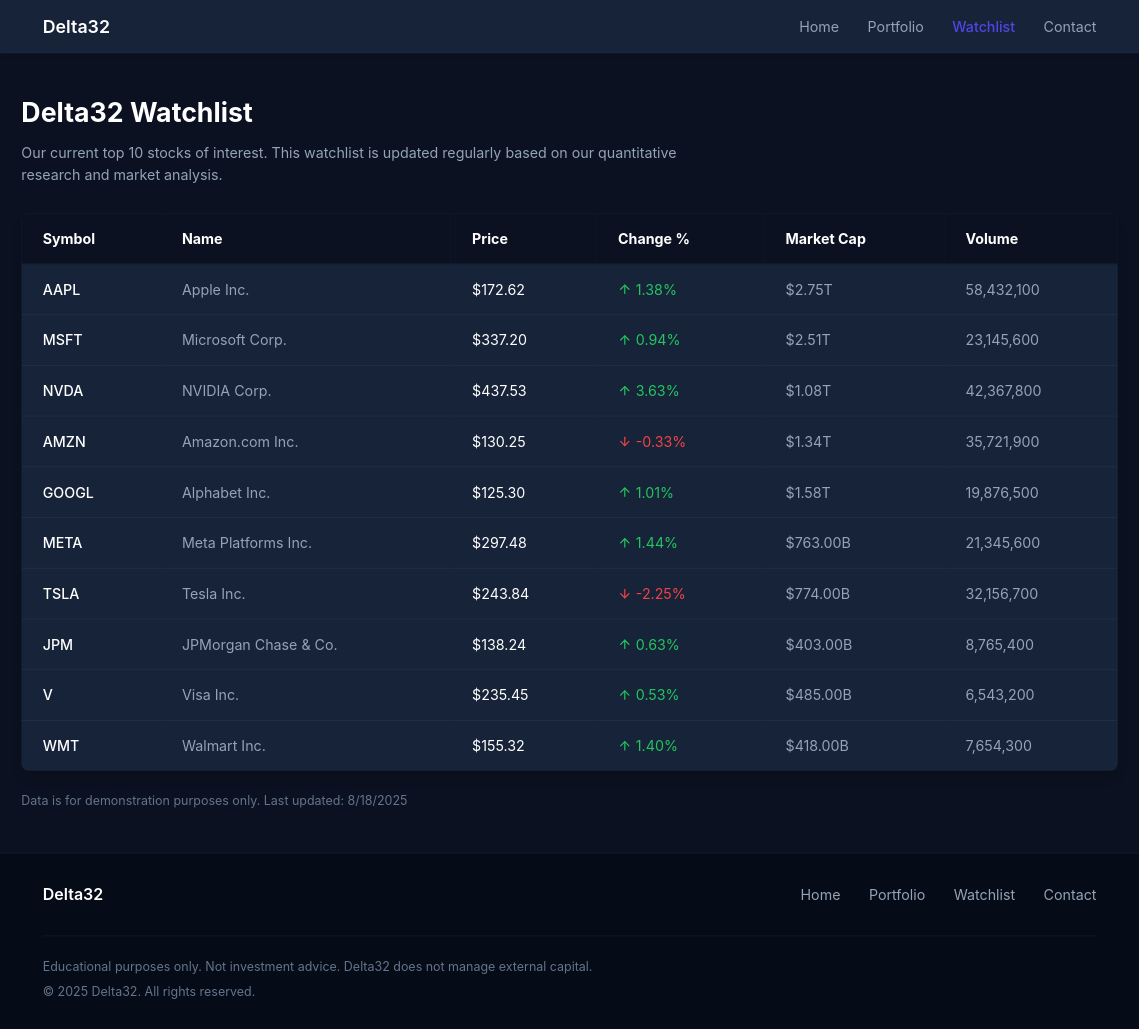
Repository: RCRRTOW3R2/DELTA32.2
Page: /watchlist
The author's editor kept a copy of each file at every save. The page is drawn from the files as they stood at one save, then again after the next save.
The browser window is 1280 px wide. The pictures show the whole page, at 89% of full size.
The page's requests for data from a server got no answer. The project was rebuilt for these pictures with package versions that can differ from the ones it lists, and the page was loaded fresh each time. No one was signed in, and anything a server would have sent is missing. Also part of the build but not shown: vite.config.ts, pages/home.tsx, pages/portfolio.tsx, pages/contact.tsx.

Above is the page before, as saved 2025-08-19 12:05:28.

### index.html
<!doctype html>
<html lang="en">
  <head>
    <meta charset="UTF-8" />
    <link rel="icon" type="image/svg+xml" href="/delta32-logo.svg" />
    <meta name="viewport" content="width=device-width, initial-scale=1.0" />
    <title>Delta32 - Investment Research & Trading Lab</title>
  </head>
  <body>
    <div id="root"></div>
    <script type="module" src="/index.tsx"></script>
  </body>
</html>

### index.tsx
import React from 'react'
import './index.css'
import { createRoot } from 'react-dom/client'
import { AppRouter } from './AppRouter'

const container = document.getElementById('root')!
const root = createRoot(container)
root.render(<AppRouter />)

### index.css
/* PLEASE NOTE: THESE TAILWIND IMPORTS SHOULD NEVER BE DELETED */
@import 'tailwindcss/base';
@import 'tailwindcss/components';
@import 'tailwindcss/utilities';
/* DO NOT DELETE THESE TAILWIND IMPORTS, OTHERWISE THE STYLING WILL NOT RENDER AT ALL */
@import url('https://fonts.googleapis.com/css2?family=Inter:wght@300;400;500;600;700&display=swap');
body {
  margin: 0;
  font-family: 'Inter', sans-serif;
  -webkit-font-smoothing: antialiased;
  -moz-osx-font-smoothing: grayscale;
  background-color: #0b1120;
  color: #ffffff;
}
* {
  box-sizing: border-box;
}

### AppRouter.tsx
import React from 'react'
import { BrowserRouter, Routes, Route } from 'react-router-dom'
import { App } from './App'
import Home from './pages/home'
import Portfolio from './pages/portfolio'
import Watchlist from './pages/watchlist'
import Contact from './pages/contact'
export function AppRouter() {
  return (
    <BrowserRouter>
      <Routes>
        <Route path="/" element={<App />}>
          <Route index element={<Home />} />
          <Route path="portfolio" element={<Portfolio />} />
          <Route path="watchlist" element={<Watchlist />} />
          <Route path="contact" element={<Contact />} />
        </Route>
      </Routes>
    </BrowserRouter>
  )
}

### App.tsx
import React from 'react'
import { Outlet } from 'react-router-dom'
import Navbar from './components/Navbar'
import Footer from './components/Footer'
export function App() {
  return (
    <div className="flex flex-col min-h-screen bg-primary text-white">
      <Navbar />
      <main className="flex-grow">
        <Outlet />
      </main>
      <Footer />
    </div>
  )
}

### pages/watchlist.tsx
import React, { useEffect, useState } from 'react'
import { ArrowUpIcon, ArrowDownIcon, Loader2Icon } from 'lucide-react'
import {
  StockData,
  fetchStockData,
  formatMarketCap,
  formatLargeNumber,
} from '../utils/api'
const Watchlist = () => {
  const [stocks, setStocks] = useState<StockData[]>([])
  const [loading, setLoading] = useState<boolean>(true)
  const [sortConfig, setSortConfig] = useState<{
    key: keyof StockData
    direction: 'ascending' | 'descending'
  } | null>(null)
  useEffect(() => {
    const loadStocks = async () => {
      try {
        const data = await fetchStockData()
        setStocks(data)
        setLoading(false)
      } catch (error) {
        console.error('Error fetching stock data:', error)
        setLoading(false)
      }
    }
    loadStocks()
  }, [])
  const requestSort = (key: keyof StockData) => {
    let direction: 'ascending' | 'descending' = 'ascending'
    if (
      sortConfig &&
      sortConfig.key === key &&
      sortConfig.direction === 'ascending'
    ) {
      direction = 'descending'
    }
    setSortConfig({
      key,
      direction,
    })
  }
  const getSortedStocks = () => {
    if (!sortConfig) return stocks
    return [...stocks].sort((a, b) => {
      if (a[sortConfig.key] < b[sortConfig.key]) {
        return sortConfig.direction === 'ascending' ? -1 : 1
      }
      if (a[sortConfig.key] > b[sortConfig.key]) {
        return sortConfig.direction === 'ascending' ? 1 : -1
      }
      return 0
    })
  }
  const sortedStocks = getSortedStocks()
  return (
    <div className="bg-primary w-full px-6 py-12">
      <div className="max-w-7xl mx-auto">
        <div className="mb-8">
          <h1 className="text-3xl font-bold mb-4">Delta32 Watchlist</h1>
          <p className="text-slate-light max-w-3xl">
            Our current top 10 stocks of interest. This watchlist is updated
            regularly based on our quantitative research and market analysis.
          </p>
        </div>
        <div className="bg-primary-light rounded-lg overflow-hidden shadow-lg">
          {loading ? (
            <div className="flex justify-center items-center py-20">
              <Loader2Icon className="animate-spin text-secondary" size={32} />
              <span className="ml-2 text-slate-light">
                Loading stock data...
              </span>
            </div>
          ) : (
            <div className="overflow-x-auto">
              <table className="w-full">
                <thead>
                  <tr className="bg-primary text-left">
                    <th
                      className="px-6 py-4 cursor-pointer hover:bg-primary-dark"
                      onClick={() => requestSort('symbol')}
                    >
                      <div className="flex items-center">
                        Symbol
                        {sortConfig?.key === 'symbol' &&
                          (sortConfig.direction === 'ascending' ? (
                            <ArrowUpIcon size={16} className="ml-1" />
                          ) : (
                            <ArrowDownIcon size={16} className="ml-1" />
                          ))}
                      </div>
                    </th>
                    <th className="px-6 py-4">Name</th>
                    <th
                      className="px-6 py-4 cursor-pointer hover:bg-primary-dark"
                      onClick={() => requestSort('price')}
                    >
                      <div className="flex items-center">
                        Price
                        {sortConfig?.key === 'price' &&
                          (sortConfig.direction === 'ascending' ? (
                            <ArrowUpIcon size={16} className="ml-1" />
                          ) : (
                            <ArrowDownIcon size={16} className="ml-1" />
                          ))}
                      </div>
                    </th>
                    <th
                      className="px-6 py-4 cursor-pointer hover:bg-primary-dark"
                      onClick={() => requestSort('changePercent')}
                    >
                      <div className="flex items-center">
                        Change %
                        {sortConfig?.key === 'changePercent' &&
                          (sortConfig.direction === 'ascending' ? (
                            <ArrowUpIcon size={16} className="ml-1" />
                          ) : (
                            <ArrowDownIcon size={16} className="ml-1" />
                          ))}
                      </div>
                    </th>
                    <th
                      className="px-6 py-4 cursor-pointer hover:bg-primary-dark"
                      onClick={() => requestSort('marketCap')}
                    >
                      <div className="flex items-center">
                        Market Cap
                        {sortConfig?.key === 'marketCap' &&
                          (sortConfig.direction === 'ascending' ? (
                            <ArrowUpIcon size={16} className="ml-1" />
                          ) : (
                            <ArrowDownIcon size={16} className="ml-1" />
                          ))}
                      </div>
                    </th>
                    <th
                      className="px-6 py-4 cursor-pointer hover:bg-primary-dark"
                      onClick={() => requestSort('volume')}
                    >
                      <div className="flex items-center">
                        Volume
                        {sortConfig?.key === 'volume' &&
                          (sortConfig.direction === 'ascending' ? (
                            <ArrowUpIcon size={16} className="ml-1" />
                          ) : (
                            <ArrowDownIcon size={16} className="ml-1" />
                          ))}
                      </div>
                    </th>
                  </tr>
                </thead>
                <tbody>
                  {sortedStocks.map((stock) => (
                    <tr
                      key={stock.symbol}
                      className="border-t border-slate-dark/20 hover:bg-primary/50 transition-colors"
                    >
                      <td className="px-6 py-4 font-medium">{stock.symbol}</td>
                      <td className="px-6 py-4 text-slate-light">
                        {stock.name}
                      </td>
                      <td className="px-6 py-4">${stock.price.toFixed(2)}</td>
                      <td
                        className={`px-6 py-4 ${stock.changePercent >= 0 ? 'text-green-500' : 'text-red-500'}`}
                      >
                        <div className="flex items-center">
                          {stock.changePercent >= 0 ? (
                            <ArrowUpIcon size={16} className="mr-1" />
                          ) : (
                            <ArrowDownIcon size={16} className="mr-1" />
                          )}
                          {stock.changePercent.toFixed(2)}%
                        </div>
                      </td>
                      <td className="px-6 py-4 text-slate-light">
                        {formatMarketCap(stock.marketCap)}
                      </td>
                      <td className="px-6 py-4 text-slate-light">
                        {formatLargeNumber(stock.volume)}
                      </td>
                    </tr>
                  ))}
                </tbody>
              </table>
            </div>
          )}
        </div>
        <div className="mt-6 text-sm text-slate">
          <p>
            Data is for demonstration purposes only. Last updated:{' '}
            {new Date().toLocaleDateString()}
          </p>
        </div>
      </div>
    </div>
  )
}
export default Watchlist

### components/navbar.tsx
import React, { useState } from 'react'
import { Link, useLocation } from 'react-router-dom'
import { MenuIcon, XIcon } from 'lucide-react'
const Navbar = () => {
  const [isOpen, setIsOpen] = useState(false)
  const location = useLocation()
  const navItems = [
    {
      name: 'Home',
      path: '/',
    },
    {
      name: 'Portfolio',
      path: '/portfolio',
    },
    {
      name: 'Watchlist',
      path: '/watchlist',
    },
    {
      name: 'Contact',
      path: '/contact',
    },
  ]
  const toggleMenu = () => setIsOpen(!isOpen)
  return (
    <nav className="bg-primary-light py-4 px-6 md:px-12 sticky top-0 z-50 shadow-md">
      <div className="max-w-7xl mx-auto flex justify-between items-center">
        <Link to="/" className="flex items-center">
          <span className="text-xl font-semibold">Delta32</span>
        </Link>
        {/* Desktop Navigation */}
        <div className="hidden md:flex space-x-8">
          {navItems.map((item) => (
            <Link
              key={item.path}
              to={item.path}
              className={`transition-colors hover:text-secondary-light ${location.pathname === item.path ? 'text-secondary font-medium' : 'text-slate-light'}`}
            >
              {item.name}
            </Link>
          ))}
        </div>
        {/* Mobile Menu Button */}
        <div className="md:hidden">
          <button
            onClick={toggleMenu}
            className="text-slate-light hover:text-white"
          >
            {isOpen ? <XIcon size={24} /> : <MenuIcon size={24} />}
          </button>
        </div>
      </div>
      {/* Mobile Navigation */}
      {isOpen && (
        <div className="md:hidden absolute top-16 left-0 right-0 bg-primary-light py-4 px-6 shadow-lg">
          <div className="flex flex-col space-y-4">
            {navItems.map((item) => (
              <Link
                key={item.path}
                to={item.path}
                className={`transition-colors hover:text-secondary-light ${location.pathname === item.path ? 'text-secondary font-medium' : 'text-slate-light'}`}
                onClick={toggleMenu}
              >
                {item.name}
              </Link>
            ))}
          </div>
        </div>
      )}
    </nav>
  )
}
export default Navbar

### components/footer.tsx
import React from 'react'
import { Link } from 'react-router-dom'
const Footer = () => {
  return (
    <footer className="bg-primary-dark py-8 px-6 md:px-12 border-t border-slate-dark/20">
      <div className="max-w-7xl mx-auto">
        <div className="flex flex-col md:flex-row justify-between items-start md:items-center mb-8">
          <div className="flex items-center mb-6 md:mb-0">
            <span className="text-lg font-semibold">Delta32</span>
          </div>
          <div className="flex flex-col md:flex-row space-y-4 md:space-y-0 md:space-x-8">
            <Link
              to="/"
              className="text-slate-light hover:text-white transition-colors"
            >
              Home
            </Link>
            <Link
              to="/portfolio"
              className="text-slate-light hover:text-white transition-colors"
            >
              Portfolio
            </Link>
            <Link
              to="/watchlist"
              className="text-slate-light hover:text-white transition-colors"
            >
              Watchlist
            </Link>
            <Link
              to="/contact"
              className="text-slate-light hover:text-white transition-colors"
            >
              Contact
            </Link>
          </div>
        </div>
        <div className="border-t border-slate-dark/20 pt-6 text-sm text-slate">
          <p className="mb-2">
            Educational purposes only. Not investment advice. Delta32 does not
            manage external capital.
          </p>
          <p>© {new Date().getFullYear()} Delta32. All rights reserved.</p>
        </div>
      </div>
    </footer>
  )
}
export default Footer

### utils/api.ts
// Mock API for stock data
// In a real implementation, this would connect to Yahoo Finance or similar API
export interface StockData {
    symbol: string
    name: string
    price: number
    change: number
    changePercent: number
    marketCap: number
    volume: number
  }
  const mockStockData: StockData[] = [
    {
      symbol: 'AAPL',
      name: 'Apple Inc.',
      price: 172.62,
      change: 2.35,
      changePercent: 1.38,
      marketCap: 2750000000000,
      volume: 58432100,
    },
    {
      symbol: 'MSFT',
      name: 'Microsoft Corp.',
      price: 337.2,
      change: 3.14,
      changePercent: 0.94,
      marketCap: 2510000000000,
      volume: 23145600,
    },
    {
      symbol: 'NVDA',
      name: 'NVIDIA Corp.',
      price: 437.53,
      change: 15.32,
      changePercent: 3.63,
      marketCap: 1080000000000,
      volume: 42367800,
    },
    {
      symbol: 'AMZN',
      name: 'Amazon.com Inc.',
      price: 130.25,
      change: -0.43,
      changePercent: -0.33,
      marketCap: 1340000000000,
      volume: 35721900,
    },
    {
      symbol: 'GOOGL',
      name: 'Alphabet Inc.',
      price: 125.3,
      change: 1.25,
      changePercent: 1.01,
      marketCap: 1580000000000,
      volume: 19876500,
    },
    {
      symbol: 'META',
      name: 'Meta Platforms Inc.',
      price: 297.48,
      change: 4.23,
      changePercent: 1.44,
      marketCap: 763000000000,
      volume: 21345600,
    },
    {
      symbol: 'TSLA',
      name: 'Tesla Inc.',
      price: 243.84,
      change: -5.62,
      changePercent: -2.25,
      marketCap: 774000000000,
      volume: 32156700,
    },
    {
      symbol: 'JPM',
      name: 'JPMorgan Chase & Co.',
      price: 138.24,
      change: 0.87,
      changePercent: 0.63,
      marketCap: 403000000000,
      volume: 8765400,
    },
    {
      symbol: 'V',
      name: 'Visa Inc.',
      price: 235.45,
      change: 1.23,
      changePercent: 0.53,
      marketCap: 485000000000,
      volume: 6543200,
    },
    {
      symbol: 'WMT',
      name: 'Walmart Inc.',
      price: 155.32,
      change: 2.15,
      changePercent: 1.4,
      marketCap: 418000000000,
      volume: 7654300,
    },
  ]
  export const fetchStockData = (): Promise<StockData[]> => {
    return new Promise((resolve) => {
      // Simulate API delay
      setTimeout(() => {
        resolve(mockStockData)
      }, 500)
    })
  }
  export const formatMarketCap = (marketCap: number): string => {
    if (marketCap >= 1000000000000) {
      return `$${(marketCap / 1000000000000).toFixed(2)}T`
    } else if (marketCap >= 1000000000) {
      return `$${(marketCap / 1000000000).toFixed(2)}B`
    } else if (marketCap >= 1000000) {
      return `$${(marketCap / 1000000).toFixed(2)}M`
    } else {
      return `$${marketCap.toLocaleString()}`
    }
  }
  export const formatLargeNumber = (num: number): string => {
    return num.toLocaleString()
  }

### tailwind.config.js
/** @type {import('tailwindcss').Config} */
export default {
  content: [
    "./index.html",
    "./**/*.{js,ts,jsx,tsx}",
  ],
    theme: {
      extend: {
        colors: {
          primary: {
            DEFAULT: "#0b1120", // Dark navy blue
            light: "#172339",
            dark: "#060c17",
          },
          secondary: {
            DEFAULT: "#4f46e5", // Indigo accent
            light: "#6366f1",
            dark: "#4338ca",
          },
          slate: {
            light: "#94a3b8",
            DEFAULT: "#64748b",
            dark: "#475569",
          }
        },
        fontFamily: {
          sans: ["Inter", "system-ui", "sans-serif"],
        }
      },
    },
  }

### utils/googleSheetsApi.ts
// Google Sheets API integration for stock data
export interface StockData {
  symbol: string
  name: string
  price: number
  change: number
  changePercent: number
  marketCap: number
  volume: number
}

// Google Sheets configuration
const GOOGLE_SHEETS_API_KEY = process.env.REACT_APP_GOOGLE_SHEETS_API_KEY || ''
const SHEET_ID = process.env.REACT_APP_GOOGLE_SHEET_ID || ''
const SHEET_RANGE = 'STOCKS!A:G' // Matches your STOCKS tab structure

export const fetchGoogleSheetsData = async (): Promise<StockData[]> => {
  try {
    if (!GOOGLE_SHEETS_API_KEY || !SHEET_ID) {
      console.warn('Google Sheets API credentials not configured. Using mock data.')
      return fetchMockStockData()
    }

    const url = `https://sheets.googleapis.com/v4/spreadsheets/${SHEET_ID}/values/${SHEET_RANGE}?key=${GOOGLE_SHEETS_API_KEY}`

    const response = await fetch(url)
    if (!response.ok) throw new Error('Failed to fetch Google Sheets data')

    const data = await response.json()
    const rows = data.values

    // Skip header row and map to StockData based on your sheet structure
    return rows.slice(1)
      .filter((row: string[]) => row[0] && row[0].trim()) // Only include rows with symbols
      .map((row: string[]) => ({
        symbol: row[0] || '',
        name: row[1] || '',
        price: parseFloat(row[4]) || 0, // Column E (CURRENT PRICE)
        change: parseFloat(row[5]) || 0, // Column F (CHANGE)
        changePercent: parseFloat(row[6]) || 0, // Column G (CHANGE %)
        marketCap: 0, // Not in your current sheet, could add if needed
        volume: 0 // Not in your current sheet, could add if needed
      }))
  } catch (error) {
    console.error('Error fetching Google Sheets data:', error)
    return fetchMockStockData()
  }
}

// Mock data fallback
const fetchMockStockData = (): Promise<StockData[]> => {
  const mockData: StockData[] = [
    {
      symbol: 'AAPL',
      name: 'Apple Inc.',
      price: 172.62,
      change: 2.35,
      changePercent: 1.38,
      marketCap: 2750000000000,
      volume: 58432100,
    },
    {
      symbol: 'MSFT',
      name: 'Microsoft Corp.',
      price: 337.2,
      change: 3.14,
      changePercent: 0.94,
      marketCap: 2510000000000,
      volume: 23145600,
    },
    // ... other stocks
  ]
  return Promise.resolve(mockData)
}

export const formatMarketCap = (marketCap: number): string => {
  if (marketCap >= 1000000000000) {
    return `$${(marketCap / 1000000000000).toFixed(2)}T`
  } else if (marketCap >= 1000000000) {
    return `$${(marketCap / 1000000000).toFixed(2)}B`
  } else if (marketCap >= 1000000) {
    return `$${(marketCap / 1000000).toFixed(2)}M`
  } else {
    return `$${marketCap.toLocaleString()}`
  }
}

export const formatLargeNumber = (num: number): string => {
  return num.toLocaleString()
}

After the next save:
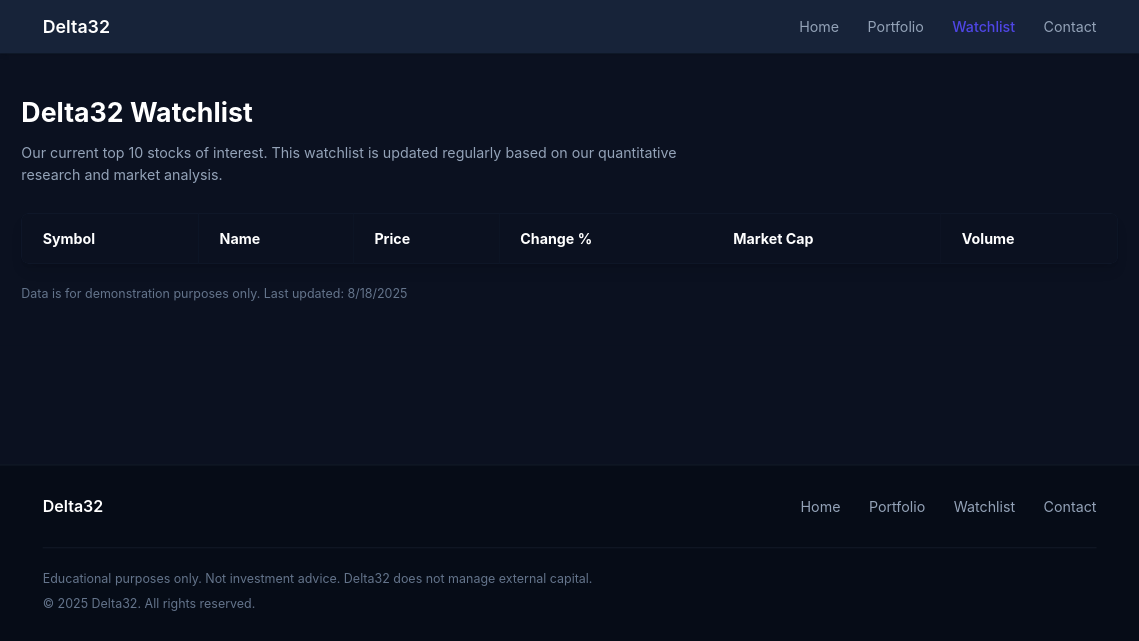
Saved 10 s later.
--- a/pages/watchlist.tsx
+++ b/pages/watchlist.tsx
@@ -2,10 +2,10 @@
 import { ArrowUpIcon, ArrowDownIcon, Loader2Icon } from 'lucide-react'
 import {
   StockData,
-  fetchStockData,
+  fetchGoogleSheetsData,
   formatMarketCap,
   formatLargeNumber,
-} from '../utils/api'
+} from '../utils/googleSheetsApi'
 const Watchlist = () => {
   const [stocks, setStocks] = useState<StockData[]>([])
   const [loading, setLoading] = useState<boolean>(true)
